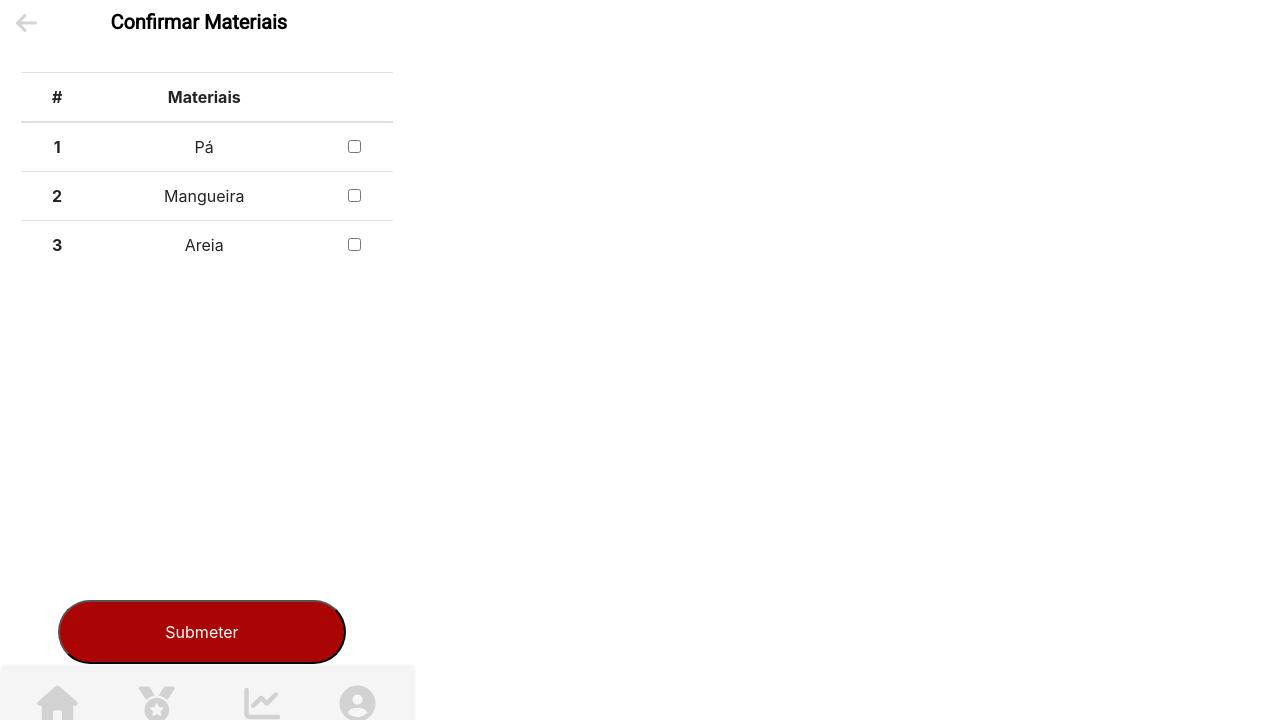
Repository: grupodetrabalhoeficiente/D213
Page: D213/Frontend/ConfirmarMateriais.html
The author's editor kept a record of every edit. The page is drawn from the files as they stood at one moment, then again after the next edit.
The browser window is 1280 px wide. The pictures show the whole page.
Some web libraries are served in a nearby version.

Above is the page before.

### D213/Frontend/ConfirmarMateriais.html
<!DOCTYPE html>
<html>
    <head>
        <meta charset="utf-8">
    <meta name="viewport" content="width=device-width, initial-scale=1, maximum-scale=1, user-scalable=no">
    <link href="https://fonts.googleapis.com/css?family=Inter&display=swap" rel="stylesheet" />
    <link href="https://fonts.googleapis.com/css?family=Roboto&display=swap" rel="stylesheet" />
    <link href="./ConfirmarMateriais.css" rel="stylesheet" />
    <link rel="stylesheet" href="https://cdn.jsdelivr.net/npm/bootstrap@4.5.3/dist/css/bootstrap.min.css" integrity="sha384-TX8t27EcRE3e/ihU7zmQxVncDAy5uIKz4rEkgIXeMed4M0jlfIDPvg6uqKI2xXr2" crossorigin="anonymous">
    <script src="https://kit.fontawesome.com/e195162fd2.js" crossorigin="anonymous"></script>
    <title>Secure4All</title>
    </head>
    <body>
  <div class="screen">
        <!--navbar-->
    <nav class="navbar fixed-top">
        <a><i id="goBack"class="fas fa-arrow-left fa-2x"></i></a>
        <span class="title">Confirmar Materiais</span>
    </nav>
    <!--tabela-->
    <div class="TabelaDiv">
    <table class="table">
  <thead>
    <tr>
      <th scope="col">#</th>
      <th scope="col">Materiais</th>
      <th scope="col"></th>
    </tr>
  </thead>
  <tbody>
    <tr>
      <th scope="row">1</th>
      <td>Pá</td>
      <td>
          <input type="checkbox" class="MaterialCheck"/>
      </td>
    </tr>
    <tr>
      <th scope="row">2</th>
      <td>Mangueira</td>
      <td>
        <input type="checkbox" class="MaterialCheck"/>
      </td>
    </tr>
    <tr>
      <th scope="row">3</th>
      <td>Areia</td>
      <td>
         <input type="checkbox" class="MaterialCheck"/>
      </td>
    </tr>
  </tbody>
</table>
</div>
<!--botao confirmar-->
<input id="submit" type ="button" class="SubmeterClass" id="SubmeterId" value="Submeter"></input>
<!--MENUBAR-->
<nav class="menubar fixed-bottom">
            <ul class="nav navbar-nav">
                <li><a href="MenuPrincipal.html"><i class="fa fa-home fa-3x"></i></a></li>
                <li><a href="Ranks.html"><i class="fa fa-medal fa-3x"></i></a></li>
                <li><a href="HistoricoOcorrencias.html"><i class="fa fa-chart-line fa-3x"></i></a></li>
                <li><a href="PerfilUpdate.html"><i class="fas fa-user-circle fa-3x"></i></a></li>
            </ul>
        </nav>
    </div>
    </body>
</html>

### D213/Frontend/ConfirmarMateriais.css
.screen {
  width:100%;
  height:100%;
  max-width: 414px;
  max-height: 736px;
  background: rgba(255,255,255,1);
  opacity: 1;
  position: absolute;
  overflow: hidden;
  z-index:-1;
}
/*NAVBAR*/
.navbar{
  width: 100%;
  max-width:414px;
  background-color: rgba(255,255,255,1);
  z-index:3;
  text-align:center;
  overflow: hidden;

}
.title {
  color: rgba(0,0,0,1);
  width: 100%;
  right: 2%;
  font-family: Roboto;
  font-weight:Bolder;
  font-size: 20px;
  opacity: 1;
  text-align: center;
  z-index:1;
  position:absolute;

}
/*TABELA*/
.TabelaDiv{
    position: relative;
    width: 90%;
    height: 6%;
    top: 10%;
    display: block;
    margin-left: auto;
    margin-right: auto;
    text-align: center;
}
/* botao confirmar*/
.SubmeterClass{
    height:100%;
    width:100%;
    max-width:288px;
    max-height:64px;
    border-top-left-radius: 100px;
    border-top-right-radius: 100px;
    border-bottom-left-radius: 100px;
    border-bottom-right-radius: 100px;
    position:absolute;
    top:600px;
    left:58px;
    background-color:#AB0404;
    color:white;
}
/*Menubar*/
.menubar {
    width: 100%;
    height: 100%;
    max-height: 67px;
    max-width: 414px;
    background-color: rgba(255, 255, 255, 1);
    z-index: 1;
    float: center;
    overflow: hidden;
    display: block;
    font-size: 12px;
}

.fa-home {
    opacity: 1;
    position: absolute;
    top: 16px!important;
    left: 9%;
    z-index: 2;
    color: #d2d2d2;
}

.fa-medal {
    opacity: 1;
    position: absolute;
    left: 33.5%;
    z-index: 2;
    top: 17px!important;
    color: #d2d2d2;
}

.fa-chart-line {
    opacity: 1;
    position: absolute;
    left: 59%;
    z-index: 2;
    top: 16px!important;
    color: #d2d2d2;
}

.fa-user-circle {
    opacity: 1;
    position: absolute;
    left: 82%;
    z-index: 2;
    top: 16px!important;
    color: #d2d2d2;
}

#goBack {
        font-size: 24px;
    color: lightgray;
    z-index: 3;
    top: 100%;
    position: sticky;
}

.fixed-bottom {
    position: fixed;
    background-color: #ececec82;
    top: 670px;
    left: 1px;
    width: 461px;
    box-shadow: 1px -5px 2px rgb(222 221 221 / 34%);
    border-top-left-radius: 5px;
    border-top-right-radius: 5px;
    border-bottom-left-radius: 5px;
    border-bottom-right-radius: 5px;
}

After the next edit:
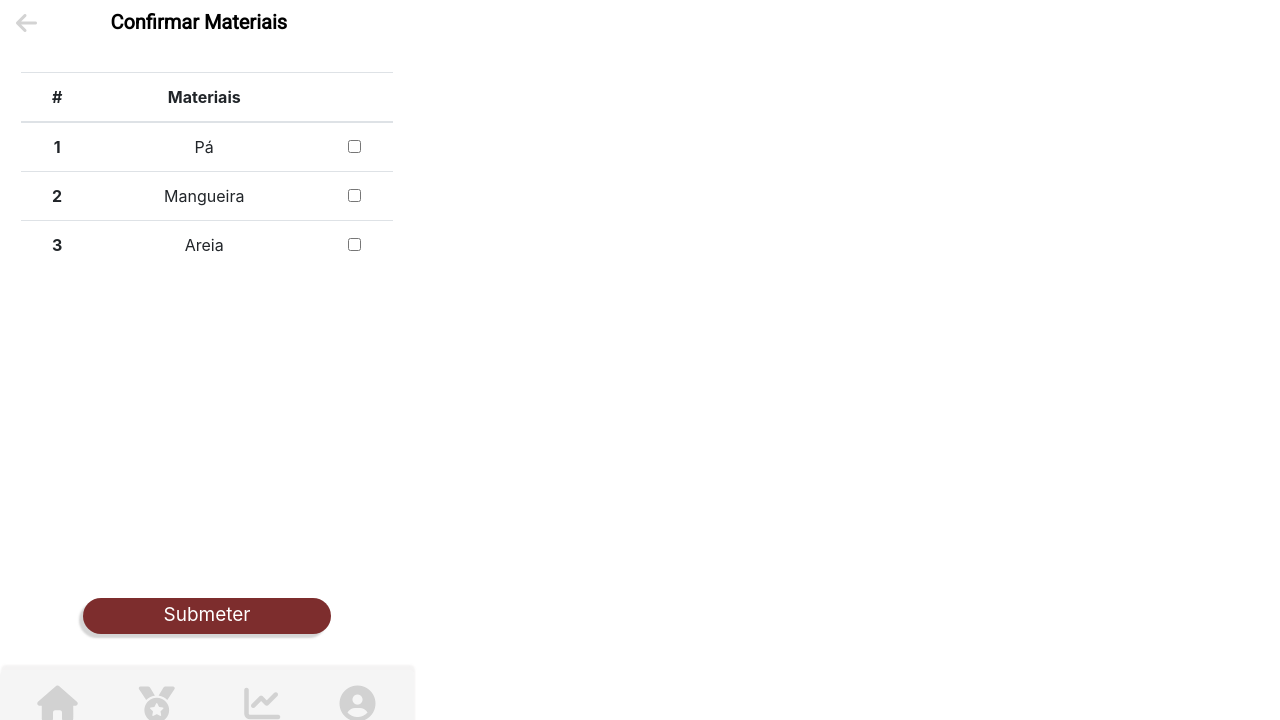
The edit:
--- a/D213/Frontend/ConfirmarMateriais.css
+++ b/D213/Frontend/ConfirmarMateriais.css
@@ -45,19 +45,20 @@
 }
 /* botao confirmar*/
 .SubmeterClass{
-    height:100%;
-    width:100%;
-    max-width:288px;
-    max-height:64px;
-    border-top-left-radius: 100px;
-    border-top-right-radius: 100px;
-    border-bottom-left-radius: 100px;
-    border-bottom-right-radius: 100px;
-    position:absolute;
-    top:600px;
-    left:58px;
-    background-color:#AB0404;
-    color:white;
+    height: 5%;
+    width: 60%;
+    border-top-left-radius: 32px;
+    border-top-right-radius: 32px;
+    border-bottom-left-radius: 32px;
+    border-bottom-right-radius: 32px;
+    position: absolute;
+    background-color: #7d2d2d;
+    color: white;
+    font-size: 19px;
+    border: none;
+    top: 83%;
+    left: 20%;
+    box-shadow: -4px 4px 2px rgb(171 171 171 / 50%);
 }
 /*Menubar*/
 .menubar {
